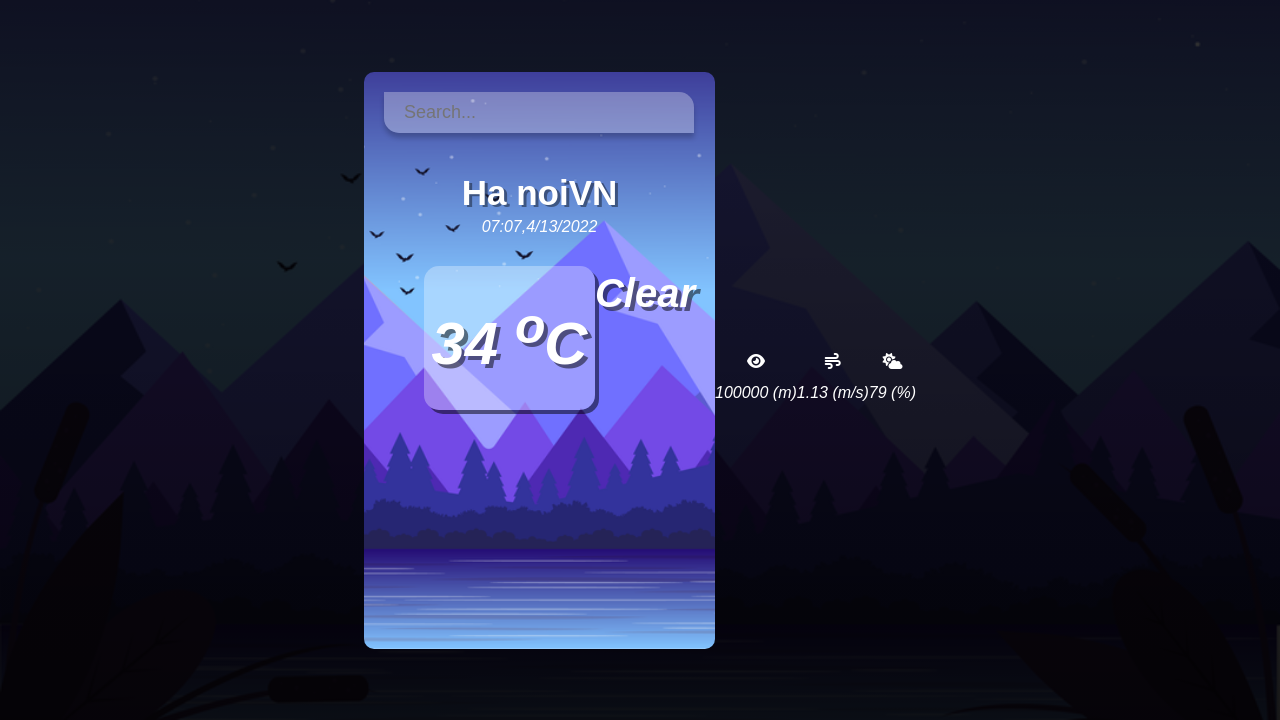
Repository: nganha241/weather-app
Page: index.html
The author's editor kept a copy of each file at every save. The page is drawn from the files as they stood at one save, then again after the next save.
The browser window is 1280 px wide. The pictures show the whole page.
The page's requests for data from a server got no answer. Some web libraries are served in a nearby version.

Above is the page before, as saved 2022-04-14 09:34:37.

### index.html
<!DOCTYPE html>
<html lang="en">
  <head>
    <meta charset="UTF-8" />
    <meta http-equiv="X-UA-Compatible" content="IE=edge" />
    <meta name="viewport" content="width=device-width, initial-scale=1.0" />
    <title>Document</title>
    <link rel="stylesheet" href="./style.css" />
  </head>
  <body>
    <div id="weather">
      <div class="header">
        <input type="text" placeholder="Search..." />
      </div>
      <div class="content">
        <div class="capital">
          <li class="city">Ha noi</li>
          <li class="country">VN</li>
        </div>

       <i class="timedate">
        <li class="time">07:07, <li>
        <li class="date">4/13/2022</li>
       </div>
        <div class="deg">
          <p>34 <sup>o</sup> C</p>
        </div>
        <div class="status">Clear</div>
      </div>
      <div class="footer">
        <div class="detail">
          <div class="distance">
            <div><i class="fa-solid fa-eye"></i></div>
            <div class="value">100000 <span>(m)</span></div>
          </div>
          <div class="speed">
            <div><i class="fa-solid fa-wind"></i></div>
            <div class="value">1.13 <span>(m/s)</span></div>
          </div>
          <div class="humidity">
            <div><i class="fa-solid fa-cloud-sun"></i></div>
            <div class="value">79 <span>(%)</span></div>
          </div>
        </div>
      </div>
    </div>
    <script
      src="https://kit.fontawesome.com/ae971d7ee0.js"
      crossorigin="anonymous"
    ></script>
    <script src="./main.js"></script>
  </body>
</html>

### style.css
* {
    padding: 0;
    margin: 0;
    box-sizing: border-box;
}

body {
    font-family: sans-serif;
    height: 100vh;
    display: flex;
    justify-content: center;
    align-items: center;
    background: linear-gradient(to top, rgba(0, 0, 0, 0.9), rgba(0, 0, 0, 0.8)), url(./img1.png) no-repeat center/cover;
    color: #fff;
}

#weather {
    padding: 20px;
    width: 351px;
    height: 577px;
    border: none;
    border-radius: 10px;
    background: url(./img1.png) no-repeat center/cover;
    position: relative;
}

.header input{
    width: 310px;
    height: 41px;
    border-radius: 0px 15px 0px 15px;
    border: none;
    background: rgba(255, 255, 255, 0.3);
    box-shadow: 0px 5px 5px rgba(0, 0, 0, 0.2);
    outline: none;
    font-size: 18px;
    padding: 0 20px;
    transition: 0.4s;
}

.header input:focus {
    border-radius: 15px 0px 15px 0px;
    background: rgba(255, 255, 255, 0.7);
}

.content {
    margin-top: 40px;
    text-align: center;
}

.capital {
    display: flex;
    justify-content: center;
    font-size: 35px;
    font-weight: 600;
    text-shadow: 3px 2px rgba(0, 0, 0, 0.4);
}

.capital li {
    list-style: none;
}

.timedate {
    display: flex;
    justify-content: center;
    margin-top: 5px;
}

.timedate li {
    list-style: none;
}

.deg {
    width: 236px;
    height: 144px;
    border-radius: 15px;
    background: rgba(255, 255, 255, 0.3);
    box-shadow: 4px 4px rgba(0, 0, 0, 0.5);
    display: flex;
    justify-content: center;
    align-items: center;
    margin-top: 25px;
    margin-left: 40px;
}

.deg p {
    font-size: 60px;
    font-weight: 800;
    text-shadow: 4px 4px rgba(0, 0, 0, 0.5) ;
}

.deg p sup {
    margin-right: -18px;
}

.status {
    margin-top: 30px;
    font-size: 40px;
    font-weight: 700;
    text-shadow: 4px 4px rgba(0, 0, 0, 0.5) ;
}

.footer {
    margin-top: 30px;
}

.detail {
    display: flex;
    justify-content: space-between;
    align-items: center;
    text-align: center;
}

.detail .fa-solid {
   padding-bottom: 15px;
}

### main.js
const search = document.querySelector("input");
const city = document.querySelector(".city");
const country = document.querySelector(".country");
const deg = document.querySelector(".deg p");
const status = document.querySelector(".status");
const distance = document.querySelector(".distance value");
const speed = document.querySelector(".speed value");
const humidity = document.querySelector(".humidity value");
console.log(country);
async function changeWeatherUI() {
  // const val = search.value.trim();
  const val = "Tokyo";
  let apiUrl = `https://api.openweathermap.org/data/2.5/weather?q=${val}&appid=7db7f7f1454b662870a48eb474a823f9`;

  let data = await fetch(apiUrl).then((res) => res.json());
  console.log(data);

  city.innerText = data.name + " ,  ";
  country.innerText = data.sys.country;
}

changeWeatherUI();

After the next save:
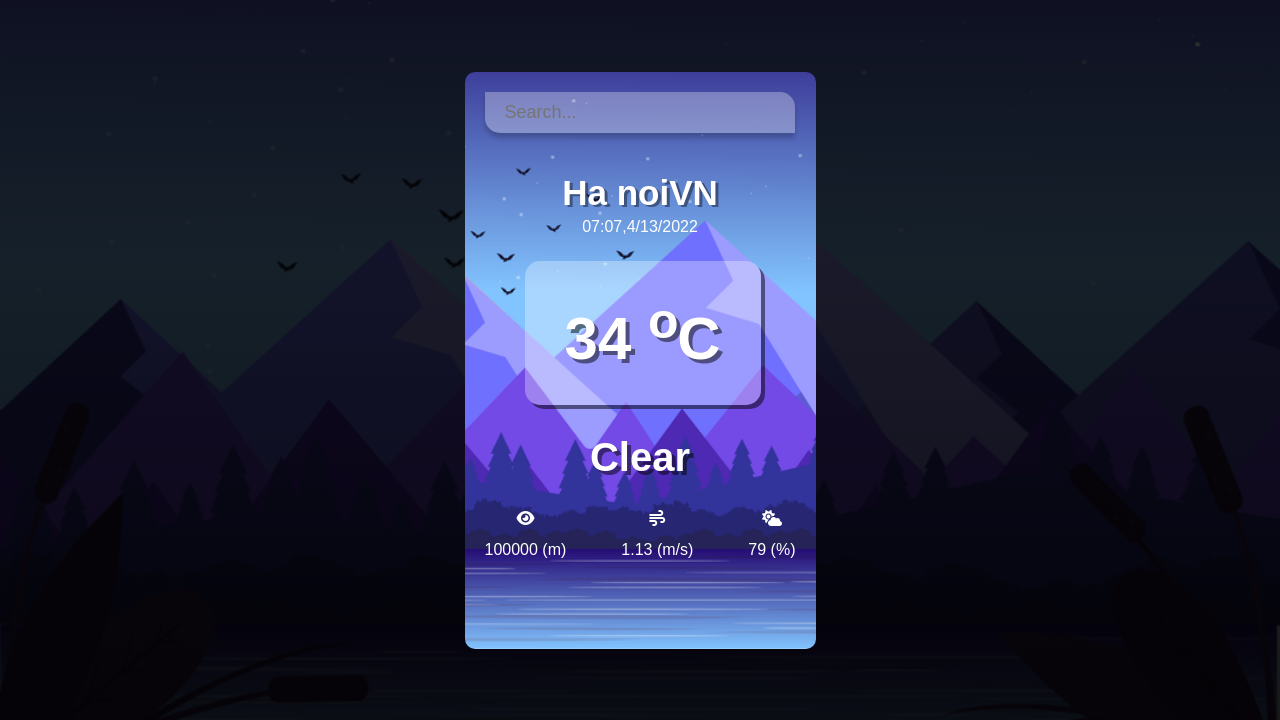
Saved 15 s later.
--- a/index.html
+++ b/index.html
@@ -18,10 +18,11 @@
           <li class="country">VN</li>
         </div>
 
-       <i class="timedate">
-        <li class="time">07:07, <li>
-        <li class="date">4/13/2022</li>
-       </div>
+        <div class="timedate">
+          <li class="time">07:07,</li>
+          <li></li>
+          <li class="date">4/13/2022</li>
+        </div>
         <div class="deg">
           <p>34 <sup>o</sup> C</p>
         </div>
